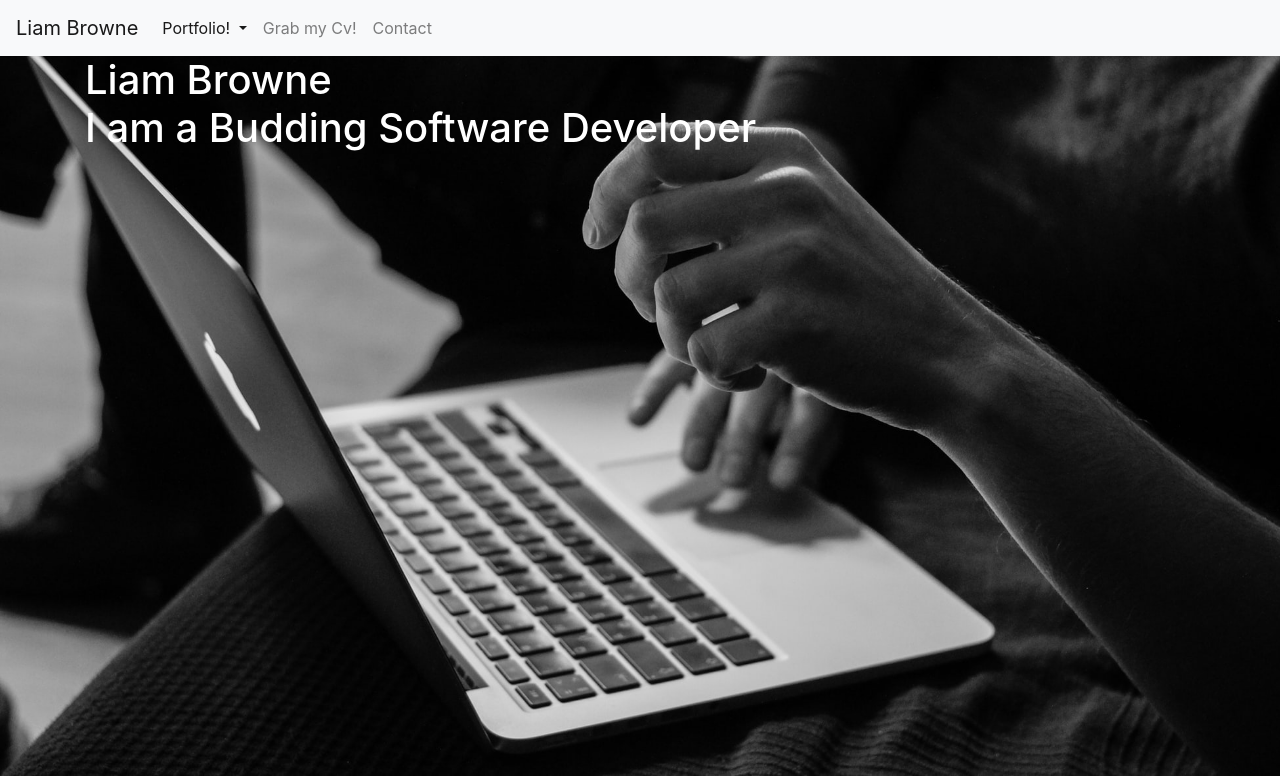
Repository: LiamB123/LiamBrowne.com.github.io
Page: index.html
The author's editor kept a record of every edit. The page is drawn from the files as they stood at one moment, then again after the next edit.
The browser window is 1280 px wide. The pictures show the whole page.
Backgrounds fixed to the window are drawn as part of the page.

Above is the page before.

After the next edit:
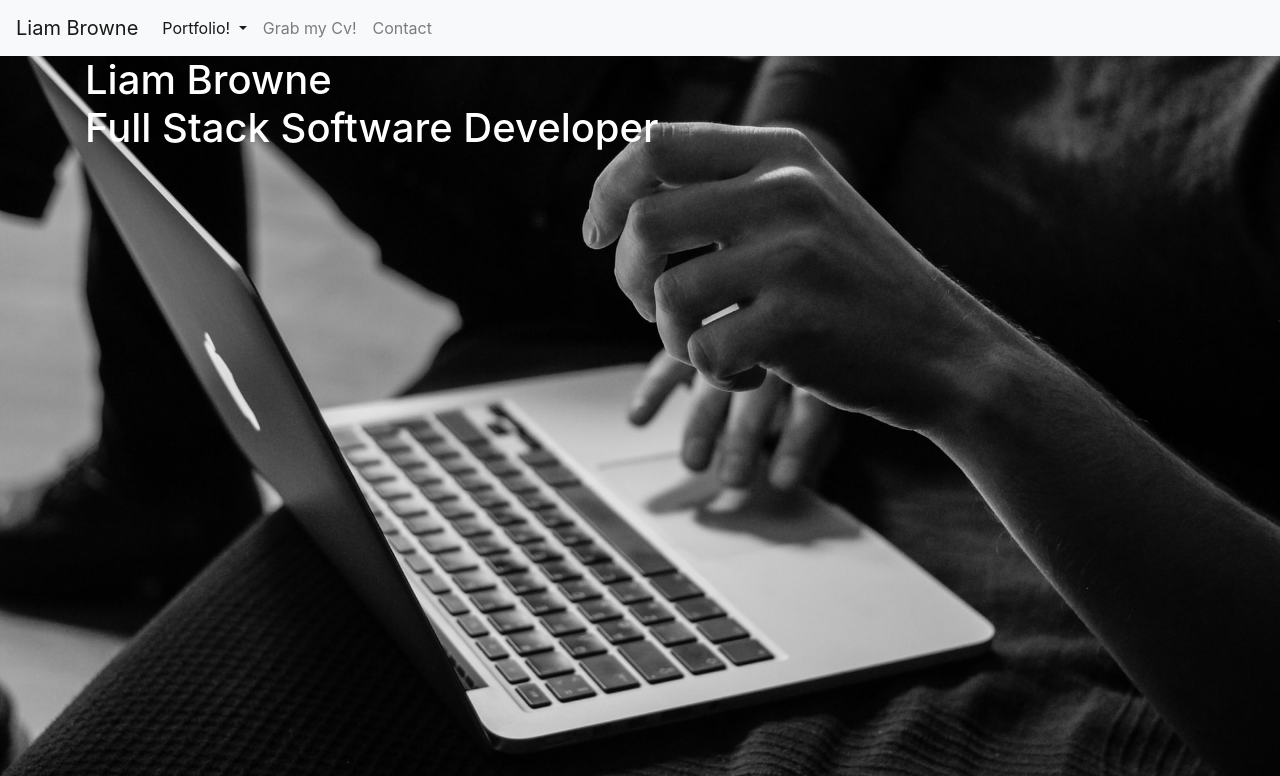
The edit:
--- a/index.html
+++ b/index.html
@@ -69,7 +69,7 @@
           Liam Browne
           <br>
           <div class="push_right">
-             I am a Budding Software Developer</div>
+             Full Stack Software Developer</div>
         </h1>
 
 
